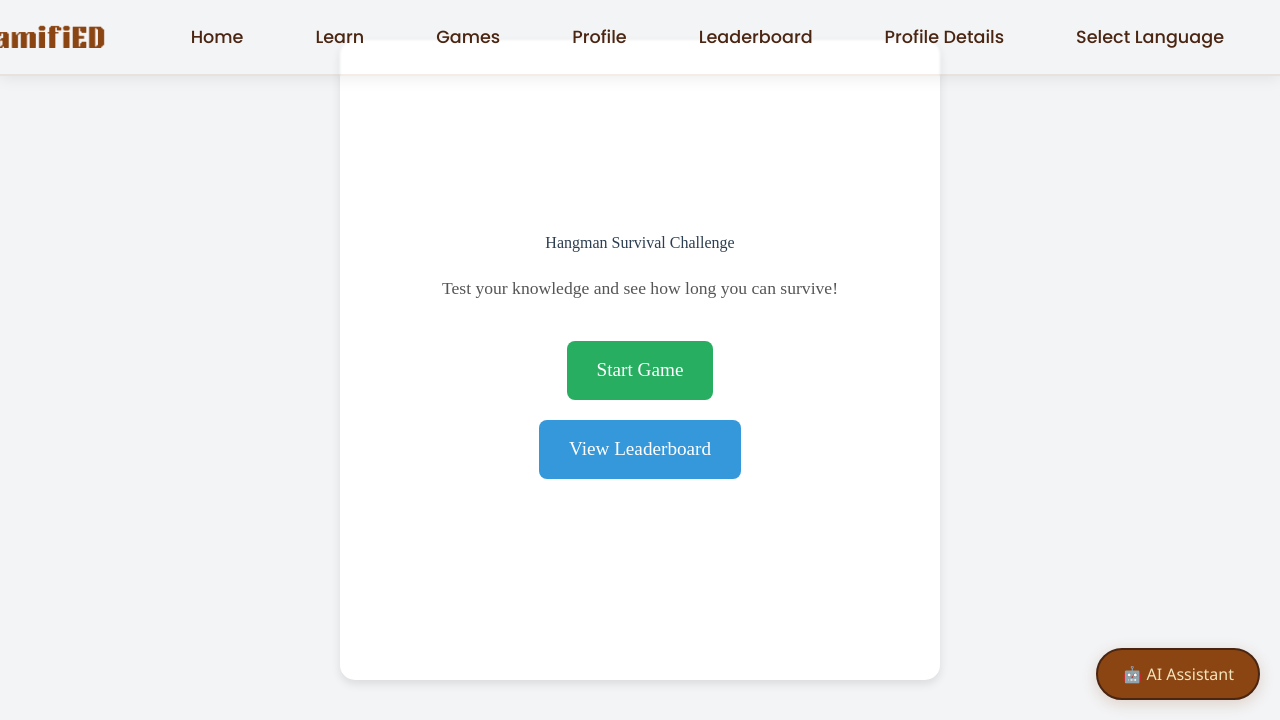
Repository: Team-4i/iks
Page: hang/templates/hang/start_page.html
An editor plug-in stored every save of this project. The page is shown before and after the next save, followed by the edit.
The browser window is 1280 px wide. The pictures show the whole page.
Some web fonts or font styles are not loaded; a fallback is used. Some web libraries are served in a nearby version. The template is drawn by Django 5.2. The application's start-up code is not run. Other server files are loaded and not shown. The template is opened directly, without the code that normally fills it, so the values that code supplies are empty.

Above is the page before, as saved 2025-04-18 17:39:01.

### hang/templates/hang/start_page.html
{% extends 'base.html' %}
{% load static %}

{% block content %}
<link rel="stylesheet" href="{% static 'hang/css/style.css' %}">
<div class="start-container">
    <h1>Hangman Survival Challenge</h1>
    <p>Test your knowledge and see how long you can survive!</p>
    <a href="{% url 'hang:game' %}" class="start-button">Start Game</a>
    <a href="{% url 'hang:leaderboard' %}" class="leaderboard-link-start">View Leaderboard</a>
</div>
{% endblock %}

### hang/static/hang/css/style.css
/* Base styles */
body {
    margin: 0;
    padding: 0;
    font-family: 'Segoe UI', Tahoma, Geneva, Verdana, sans-serif;
    background-color: #f5f5f5;
}

/* Layout */
.main-container {
    max-width: 1200px;
    margin: 0 auto;
    padding: 20px;
    display: grid;
    grid-template-columns: 1fr 1fr;
    gap: 40px;
    min-height: 100vh;
    box-sizing: border-box;
}

.game-container {
    background: white;
    border-radius: 15px;
    padding: 30px;
    box-shadow: 0 4px 6px rgba(0, 0, 0, 0.1);
}

/* Timer Component */
.timer {
    font-size: 28px;
    font-weight: 500;
    color: #333;
    margin-bottom: 30px;
}

/* Hangman SVG Component */
.hangman-container {
    display: flex;
    justify-content: center;
    align-items: center;
    position: relative;
}

.hangman-svg {
    width: 300px;
    height: 400px;
}

.gallows {
    stroke: #2c3e50;
    stroke-width: 6;
    stroke-linecap: round;
    stroke-linejoin: round;
    fill: none;
}

/* Update the hangman part transitions for smooth drawing effects */
.hangman-part {
    stroke: #2c3e50;
    stroke-width: 4;
    stroke-linecap: round;
    stroke-linejoin: round;
    fill: none;
    opacity: 0;
    transition: opacity 0.8s ease-in-out;
}

/* Special head animation */
.head {
    fill: #2c3e50;
}

/* Line drawing animation for body parts */
#body, #left-arm, #right-arm, #left-leg, #right-leg {
    stroke-dasharray: 200;
    stroke-dashoffset: 200;
    transition: stroke-dashoffset 0.8s ease-in-out, opacity 0.8s ease-in-out;
}

/* Body starts from neck */
#body.visible {
    stroke-dashoffset: 0;
}

/* Arms start from shoulder joint */
#left-arm, #right-arm {
    transform-origin: 180px 150px; /* Shoulder connection point */
}

/* Legs start from hip joint */
#left-leg, #right-leg {
    transform-origin: 180px 220px; /* Hip connection point */
}

/* When visible, reset the dash offset to draw the line */
.visible {
    opacity: 1;
}

#left-arm.visible, #right-arm.visible, #left-leg.visible, #right-leg.visible {
    stroke-dashoffset: 0;
}

/* Content Section */
.content-section {
    background: white;
    border-radius: 15px;
    padding: 30px;
    box-shadow: 0 4px 6px rgba(0, 0, 0, 0.1);
}

.hangman-parts {
    stroke: #333;
    stroke-width: 3;
    fill: none;
    transition: visibility 0.3s ease-in-out;
}

.hidden {
    visibility: hidden;
}

/* Animation classes */
.reveal {
    animation: fadeIn 0.5s ease-in-out;
}

@keyframes fadeIn {
    from { opacity: 0; }
    to { opacity: 1; }
}

/* Add to existing styles */

.leaderboard-container {
    max-width: 800px;
    margin: 0 auto;
    padding: 20px;
}

.player-info {
    margin-bottom: 20px;
    padding: 15px;
    background: #f8f9fa;
    border-radius: 8px;
}

.leaderboard-link {
    display: inline-block;
    padding: 10px 20px;
    background: #2c3e50;
    color: white;
    text-decoration: none;
    border-radius: 5px;
    margin-top: 20px;
}

.top-players table {
    width: 100%;
    border-collapse: collapse;
    margin-top: 20px;
}

.top-players th,
.top-players td {
    padding: 12px;
    text-align: left;
    border-bottom: 1px solid #ddd;
}

.top-players th {
    background-color: #2c3e50;
    color: white;
}

.play-again {
    display: inline-block;
    padding: 10px 20px;
    background: #27ae60;
    color: white;
    text-decoration: none;
    border-radius: 5px;
    margin-top: 20px;
}

/* Add these styles */

/* Start Page Styles */
.start-container {
    display: flex;
    flex-direction: column;
    justify-content: center;
    align-items: center;
    min-height: calc(100vh - 80px); /* Adjust based on base template header/footer */
    text-align: center;
    padding: 40px;
    background-color: white;
    border-radius: 15px;
    box-shadow: 0 4px 10px rgba(0, 0, 0, 0.1);
    max-width: 600px;
    margin: 40px auto;
}

.start-container h1 {
    color: #2c3e50;
    margin-bottom: 20px;
}

.start-container p {
    color: #555;
    font-size: 1.1em;
    margin-bottom: 30px;
}

.start-button, .leaderboard-link-start {
    display: inline-block;
    padding: 15px 30px;
    font-size: 1.2em;
    color: white;
    background-color: #27ae60; /* Green for start */
    border: none;
    border-radius: 8px;
    text-decoration: none;
    cursor: pointer;
    transition: background-color 0.3s ease;
    margin: 10px;
}

.leaderboard-link-start {
     background-color: #3498db; /* Blue for leaderboard */
}

.start-button:hover {
    background-color: #219d52;
}
 .leaderboard-link-start:hover {
    background-color: #2880b9;
}

/* MCQ Section Styles */
.mcq-section {
    margin-top: 20px;
    padding-top: 20px;
    border-top: 1px solid #eee;
}

.mcq-section h2 {
    color: #333;
    margin-bottom: 15px;
}

#mcq-question {
    font-size: 1.1em;
    margin-bottom: 20px;
    color: #555;
    min-height: 3em; /* Ensure space for question text */
}

#mcq-options {
    display: grid;
    grid-template-columns: repeat(auto-fit, minmax(150px, 1fr));
    gap: 10px;
}

.mcq-option-button {
    padding: 12px 15px;
    font-size: 1em;
    background-color: #ecf0f1;
    border: 1px solid #bdc3c7;
    border-radius: 5px;
    cursor: pointer;
    transition: background-color 0.3s ease, border-color 0.3s ease;
    color: #34495e;
    text-align: center;
}

.mcq-option-button:hover {
    background-color: #dcdcdc;
    border-color: #a0a0a0;
}

/* Adjust leaderboard template if needed */
 .leaderboard-container {
    background: white;
    border-radius: 15px;
    padding: 30px;
    box-shadow: 0 4px 6px rgba(0, 0, 0, 0.1);
    margin-top: 20px;
}
 .player-best {
    margin-bottom: 20px;
    padding-bottom: 20px;
    border-bottom: 1px solid #eee;
}

/* Game Stats Section */
.game-stats {
    background-color: #f8f9fa;
    padding: 15px;
    border-radius: 8px;
    margin: 15px 0;
    font-weight: 500;
}

.game-stats p {
    margin: 5px 0;
}

/* Answer Feedback */
.answer-feedback {
    padding: 15px;
    margin-bottom: 15px;
    border-radius: 8px;
    text-align: center;
    font-size: 1.2em;
    font-weight: 500;
    animation: fadeInOut 2s ease-in-out;
}

.correct-answer {
    background-color: #d4edda;
    color: #155724;
    border: 1px solid #c3e6cb;
}

.wrong-answer {
    background-color: #f8d7da;
    color: #721c24;
    border: 1px solid #f5c6cb;
}

.game-controls {
    margin-top: 20px;
    display: flex;
    justify-content: flex-end;
}

@keyframes fadeInOut {
    0% { opacity: 0; }
    20% { opacity: 1; }
    80% { opacity: 1; }
    100% { opacity: 0; }
}

/* Add a pulsing effect to the timer when it gets low */
@keyframes pulseWarning {
    0% { color: #721c24; }
    50% { color: #f8d7da; }
    100% { color: #721c24; }
}

.timer.warning {
    animation: pulseWarning 1s infinite;
    font-weight: bold;
}

/* Add this to your existing CSS */
.hangman-container {
    position: relative;
}

.hangman-status {
    position: absolute;
    bottom: 10px;
    left: 0;
    right: 0;
    text-align: center;
    font-size: 0.9em;
    color: #666;
    transition: opacity 0.3s ease;
}

/* Modal Popup Styles */
.modal {
    display: none;
    position: fixed;
    top: 0;
    left: 0;
    width: 100%;
    height: 100%;
    background-color: rgba(0, 0, 0, 0.7);
    z-index: 1000;
    justify-content: center;
    align-items: center;
    animation: fadeIn 0.3s ease-in-out;
}

.modal.show {
    display: flex;
}

.modal-content {
    background-color: white;
    padding: 30px;
    border-radius: 15px;
    box-shadow: 0 5px 15px rgba(0, 0, 0, 0.3);
    max-width: 500px;
    width: 90%;
    text-align: center;
    animation: zoomIn 0.3s ease-out;
}

.modal-content h2 {
    margin-top: 0;
    color: #2c3e50;
    font-size: 24px;
}

.modal-content p {
    font-size: 18px;
    margin: 20px 0;
    color: #333;
}

.modal-buttons {
    display: flex;
    justify-content: center;
    gap: 10px;
    margin-top: 25px;
}

.modal-btn {
    padding: 12px 24px;
    border: none;
    border-radius: 8px;
    font-size: 16px;
    cursor: pointer;
    transition: background-color 0.2s ease;
}

.primary-btn {
    background-color: #3498db;
    color: white;
}

.secondary-btn {
    background-color: #27ae60;
    color: white;
}

.primary-btn:hover {
    background-color: #2980b9;
}

.secondary-btn:hover {
    background-color: #219d52;
}

@keyframes zoomIn {
    from {
        transform: scale(0.8);
        opacity: 0;
    }
    to {
        transform: scale(1);
        opacity: 1;
    }
}

/* Question Section */
.question-section {
    margin-top: 20px;
    padding-top: 20px;
    border-top: 1px solid #eee;
}

.question-section h2 {
    color: #333;
    margin-bottom: 15px;
}

#question-text {
    font-size: 1.1em;
    margin-bottom: 20px;
    color: #555;
    min-height: 3em;
}

/* Common Question Styles */
.question-option {
    padding: 12px 15px;
    font-size: 1em;
    background-color: #ecf0f1;
    border: 1px solid #bdc3c7;
    border-radius: 5px;
    cursor: pointer;
    transition: background-color 0.3s ease, border-color 0.3s ease;
    color: #34495e;
    text-align: center;
    margin: 5px;
    width: 100%;
}

.question-option:hover {
    background-color: #dcdcdc;
    border-color: #a0a0a0;
}

/* Fill in the Blank */
.fill-blank-container {
    display: flex;
    flex-direction: column;
    gap: 15px;
}

.fill-blank-input {
    padding: 10px;
    font-size: 1em;
    border: 2px solid #bdc3c7;
    border-radius: 5px;
    width: 100%;
}

.hint-text {
    color: #666;
    font-style: italic;
    margin: 10px 0;
}

/* Match Pairs */
.match-pairs-container {
    display: grid;
    grid-template-columns: 1fr 1fr;
    gap: 20px;
    margin-top: 15px;
}

.match-column {
    display: flex;
    flex-direction: column;
    gap: 10px;
}

.match-item, .match-value {
    padding: 10px;
    background: #f8f9fa;
    border: 1px solid #dee2e6;
    border-radius: 5px;
    cursor: pointer;
    transition: all 0.3s ease;
}

.match-item.selected, .match-value.selected {
    background: #cfe2ff;
    border-color: #9ec5fe;
}

.match-item.correct, .match-value.correct {
    background-color: #d1e7dd !important; /* Use !important to override selection style */
    border-color: #a3cfbb !important;
    cursor: default;
}

.match-item.incorrect, .match-value.incorrect {
    background-color: #f8d7da;
    border-color: #f1aeb5;
    animation: shake 0.3s;
}

/* Categorize */
.categorize-container {
    display: flex;
    flex-direction: column;
    gap: 20px;
}

.category-container {
    border: 2px dashed #dee2e6;
    padding: 15px;
    border-radius: 8px;
    min-height: 100px;
    transition: background-color 0.2s ease;
}

.category-container.drag-over {
    background-color: #e9ecef; /* Highlight when dragging over */
    border-color: #adb5bd;
}

.category-container h3 {
    margin: 0 0 10px 0;
    color: #495057;
}

.items-container {
    display: flex;
    flex-wrap: wrap;
    gap: 10px;
    margin-top: 15px;
    border-top: 1px solid #eee;
    padding-top: 15px;
    min-height: 50px; /* Ensure it's visible even when empty */
}

.draggable-item {
    padding: 8px 15px;
    background: #e9ecef;
    border: 1px solid #ced4da;
    border-radius: 4px;
    cursor: move;
    user-select: none;
    transition: opacity 0.2s ease;
}

.draggable-item:hover {
    background: #dee2e6;
}

.draggable-item.dragging {
    opacity: 0.5; /* Make item semi-transparent while dragging */
}

.draggable-item.categorized {
    cursor: default;
    margin: 5px; /* Add some margin when dropped */
}

.draggable-item.categorized.correct {
    background-color: #d1e7dd;
    border-color: #a3cfbb;
}

.draggable-item.incorrect-drop {
     animation: shake 0.3s;
}

/* Shake animation for incorrect feedback */
@keyframes shake {
  0%, 100% { transform: translateX(0); }
  25% { transform: translateX(-5px); }
  75% { transform: translateX(5px); }
}

/* Word Unscramble */
.scramble-container {
    display: flex;
    flex-direction: column;
    gap: 15px;
}

.scrambled-word {
    font-size: 1.2em;
    font-weight: bold;
    color: #2c3e50;
    text-align: center;
}

.scramble-input {
    padding: 10px;
    font-size: 1.1em;
    border: 2px solid #bdc3c7;
    border-radius: 5px;
    width: 100%;
}

/* Submit Button */
.submit-button {
    padding: 12px 24px;
    background: #2c3e50;
    color: white;
    border: none;
    border-radius: 5px;
    cursor: pointer;
    font-size: 1em;
    transition: background-color 0.3s ease;
}

.submit-button:hover {
    background: #34495e;
}

Loaded but not shown: users/templates/base.html (753 lines, source omitted)

After the next save:
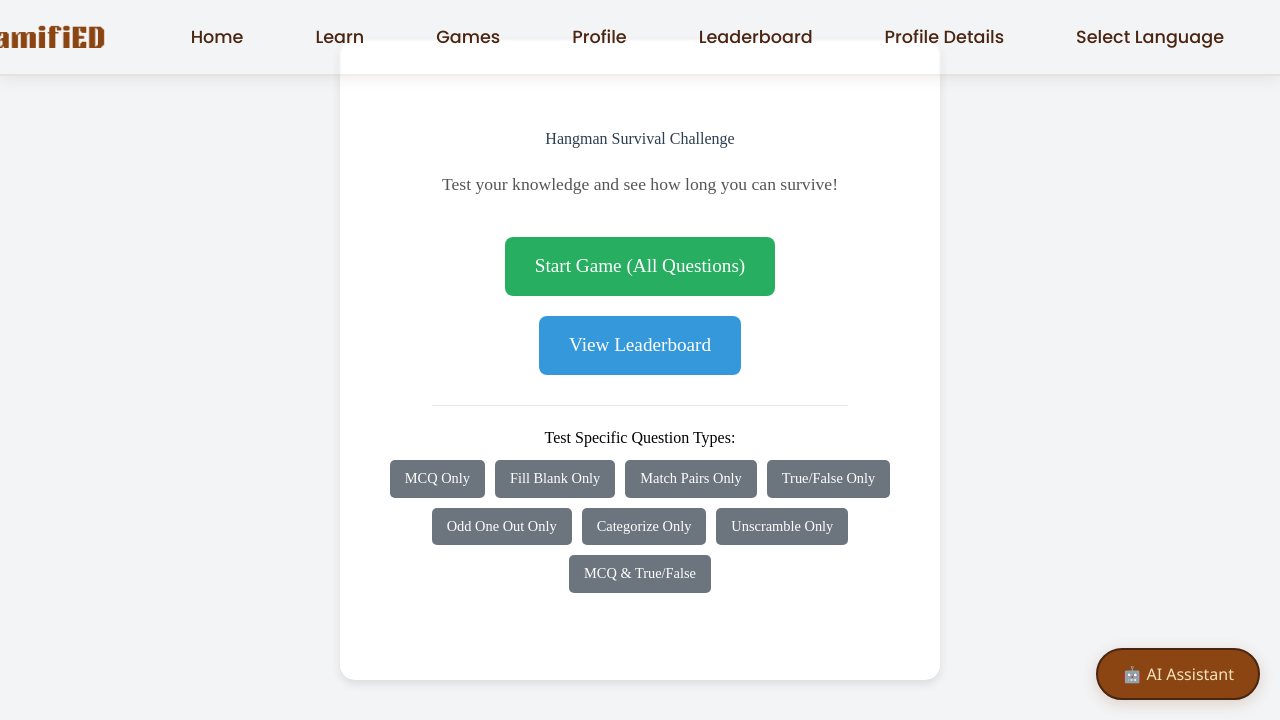
Saved 11 s later.
--- a/hang/templates/hang/start_page.html
+++ b/hang/templates/hang/start_page.html
@@ -6,7 +6,45 @@
 <div class="start-container">
     <h1>Hangman Survival Challenge</h1>
     <p>Test your knowledge and see how long you can survive!</p>
-    <a href="{% url 'hang:game' %}" class="start-button">Start Game</a>
+    <a href="{% url 'hang:game' %}" class="start-button">Start Game (All Questions)</a>
     <a href="{% url 'hang:leaderboard' %}" class="leaderboard-link-start">View Leaderboard</a>
+
+    <hr style="width: 80%; margin: 20px 0;">
+
+    <h2>Test Specific Question Types:</h2>
+    <div class="test-links">
+        <a href="{% url 'hang:game' %}?types=MCQ" class="test-link">MCQ Only</a>
+        <a href="{% url 'hang:game' %}?types=FILL" class="test-link">Fill Blank Only</a>
+        <a href="{% url 'hang:game' %}?types=MATCH" class="test-link">Match Pairs Only</a>
+        <a href="{% url 'hang:game' %}?types=TF" class="test-link">True/False Only</a>
+        <a href="{% url 'hang:game' %}?types=ODD" class="test-link">Odd One Out Only</a>
+        <a href="{% url 'hang:game' %}?types=CAT" class="test-link">Categorize Only</a>
+        <a href="{% url 'hang:game' %}?types=SCRAMBLE" class="test-link">Unscramble Only</a>
+        <a href="{% url 'hang:game' %}?types=MCQ,TF" class="test-link">MCQ & True/False</a>
+    </div>
 </div>
+
+<style>
+    .test-links {
+        display: flex;
+        flex-wrap: wrap;
+        gap: 10px;
+        justify-content: center;
+        margin-top: 10px;
+    }
+    .test-link {
+        display: inline-block;
+        padding: 8px 15px;
+        font-size: 0.9em;
+        color: white;
+        background-color: #6c757d; /* Grey for test links */
+        border: none;
+        border-radius: 5px;
+        text-decoration: none;
+        transition: background-color 0.3s ease;
+    }
+    .test-link:hover {
+        background-color: #5a6268;
+    }
+</style>
 {% endblock %}
